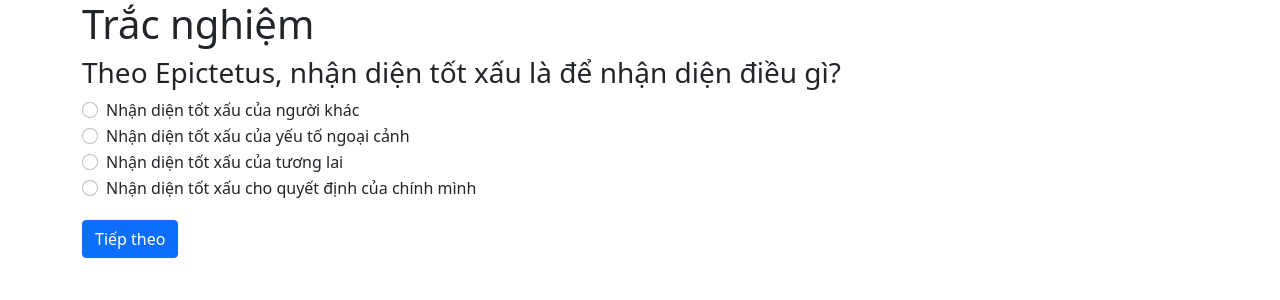
Repository: tran-thien-nhan/quiz_tlln
Page: index.html
An editor plug-in stored every save of this project. The page is shown before and after the next save, followed by the edit.
The browser window is 1280 px wide. The pictures show the whole page.

Above is the page before, as saved 2023-06-25 12:19:10.

### index.html
<!DOCTYPE html>
<html lang="en">

<head>
    <meta charset="UTF-8">
    <meta name="viewport" content="width=device-width, initial-scale=1.0">
    <title>Trắc nghiệm</title>
    <link rel="stylesheet" href="https://cdnjs.cloudflare.com/ajax/libs/bootstrap/5.0.2/css/bootstrap.min.css">
    <style>
        .question {
            margin-bottom: 20px;
        }
    </style>
</head>

<body>
    <div class="container">
        <h1>Trắc nghiệm</h1>

        <div class="question" id="questionContainer">
            <h3 id="question"></h3>
            <div class="form-check">
                <input class="form-check-input" type="radio" name="answer" id="answer1">
                <label class="form-check-label" for="answer1" id="answerText1"></label>
            </div>
            <div class="form-check">
                <input class="form-check-input" type="radio" name="answer" id="answer2">
                <label class="form-check-label" for="answer2" id="answerText2"></label>
            </div>
            <div class="form-check">
                <input class="form-check-input" type="radio" name="answer" id="answer3">
                <label class="form-check-label" for="answer3" id="answerText3"></label>
            </div>
            <div class="form-check">
                <input class="form-check-input" type="radio" name="answer" id="answer4">
                <label class="form-check-label" for="answer4" id="answerText4"></label>
            </div>
            <span id="result"></span>
        </div>

        <button class="btn btn-primary" id="nextButton">Tiếp theo</button>
        <span id="score"></span>
    </div>

    <script src="https://cdnjs.cloudflare.com/ajax/libs/bootstrap/5.0.2/js/bootstrap.bundle.min.js"></script>
    <script>
        // Đọc câu hỏi từ tệp JSON
        fetch("quest_lib.json")
            .then(response => response.json())
            .then(data => {
                const questions = data.questions;

                let currentQuestionIndex = 0;
                let score = 0;

                const questionContainer = document.getElementById("questionContainer");
                const questionElement = document.getElementById("question");
                const answerTextElements = [
                    document.getElementById("answerText1"),
                    document.getElementById("answerText2"),
                    document.getElementById("answerText3"),
                    document.getElementById("answerText4")
                ];
                const resultElement = document.getElementById("result");
                const nextButton = document.getElementById("nextButton");
                const scoreElement = document.getElementById("score");

                // Xáo trộn câu trả lời
                function shuffleAnswers(answers) {
                    for (let i = answers.length - 1; i > 0; i--) {
                        const j = Math.floor(Math.random() * (i + 1));
                        [answers[i], answers[j]] = [answers[j], answers[i]];
                    }
                    return answers;
                }

                // Cập nhật câu hỏi và câu trả lời
                function updateQuestion() {
                    const shuffledQuestions = shuffleQuestions(questions);
                    const question = shuffledQuestions[currentQuestionIndex];
                    const shuffledAnswers = shuffleAnswers(question.choices);

                    questionElement.textContent = question.question;
                    resultElement.textContent = "";

                    for (let i = 0; i < answerTextElements.length; i++) {
                        answerTextElements[i].textContent = shuffledAnswers[i];
                    }
                }

                // Xáo trộn mảng câu hỏi
                function shuffleQuestions(questions) {
                    for (let i = questions.length - 1; i > 0; i--) {
                        const j = Math.floor(Math.random() * (i + 1));
                        [questions[i], questions[j]] = [questions[j], questions[i]];
                    }
                    return questions;
                }


                // Kiểm tra câu trả lời
                function checkAnswer() {
                    const question = questions[currentQuestionIndex];
                    const selectedAnswer = document.querySelector('input[name="answer"]:checked');

                    if (selectedAnswer) {
                        const selectedAnswerText = selectedAnswer.nextElementSibling.textContent;

                        if (selectedAnswerText === question.correctAnswer) {
                            score += 1;
                            resultElement.textContent = "Đúng";
                            resultElement.style.color = "green";
                        } else {
                            resultElement.textContent = "Sai";
                            resultElement.style.color = "red";
                        }

                        setTimeout(() => {
                            currentQuestionIndex++;

                            if (currentQuestionIndex < questions.length) {
                                updateQuestion();
                                selectedAnswer.checked = false;
                                nextButton.disabled = true;
                                setTimeout(() => {
                                    nextButton.disabled = false;
                                }, 200);
                            } else {
                                questionContainer.style.display = "none";
                                nextButton.style.display = "none";
                                const finalScore = (score / questions.length) * 10;
                                scoreElement.textContent = `Tổng điểm: ${finalScore.toFixed(1)}`;
                                scoreElement.style.display = "block";
                            }
                        }, 200);
                    }
                }

                // Xử lý sự kiện khi nhấn nút "Tiếp theo"
                nextButton.addEventListener("click", () => {
                    checkAnswer();
                });

                // Bắt đầu trắc nghiệm
                updateQuestion();
            })
            .catch(error => {
                console.error("Error:", error);
            });
    </script>
</body>

</html>

### quest_lib.json
{
    "questions": [
      {
        "question": "Công việc quan trọng hàng đầu trong đời là gì?",
        "choices": [
          "Nhận diện và phân biệt được những vấn đề",
          "Kiểm soát yếu tố ngoại cảnh",
          "Quyết định cho chính mình",
          "Thay đổi tương lai"
        ],
        "correctAnswer": "Nhận diện và phân biệt được những vấn đề"
      },
      {
        "question": "Theo Epictetus, nhận diện tốt xấu là để nhận diện điều gì?",
        "choices": [
          "Nhận diện tốt xấu của người khác",
          "Nhận diện tốt xấu của yếu tố ngoại cảnh",
          "Nhận diện tốt xấu cho quyết định của chính mình",
          "Nhận diện tốt xấu của tương lai"
        ],
        "correctAnswer": "Nhận diện tốt xấu cho quyết định của chính mình"
      },
      {
        "question": "Công việc quan trọng nhất trong việc thực hành Chủ nghĩa Khắc kỷ là gì?",
        "choices": [
          "Phân biệt những thứ không thể thay đổi",
          "Phân biệt những thứ có thể thay đổi",
          "Kiểm soát những thứ nằm trong tầm kiểm soát",
          "Thay đổi tương lai"
        ],
        "correctAnswer": "Phân biệt những thứ không thể thay đổi"
      },
      {
        "question": "Điều gì là không thể thay đổi và không thể kiểm soát theo lời của tác giả?",
        "choices": [
          "Thời tiết, chiều cao",
          "Quốc gia sinh ra, sự thích hợp của người khác",
          "Điều kiện gia đình, tuổi tác",
          "Sở thích cá nhân, môi trường sống"
        ],
        "correctAnswer": "Quốc gia sinh ra, sự thích hợp của người khác"
      },
      {
        "question": "Lời nguyện An tĩnh được nhắm đến việc gì?",
        "choices": [
          "Nhận diện được những điều không thể thay đổi",
          "Nhận diện được những điều có thể thay đổi",
          "Nhận diện được hai điều trên",
          "Nhận diện được tương lai"
        ],
        "correctAnswer": "Nhận diện được hai điều trên"
      },
      {
        "question": "Người nghiện ngập ở hiện tại có thể thay đổi được điều gì?",
        "choices": [
          "Quá khứ, lựa chọn của mình",
          "Hiện tại, tương lai",
          "Tương lai, sức mạnh hiện tại",
          "Quá khứ, hiện tại"
        ],
        "correctAnswer": "Tương lai, sức mạnh hiện tại"
      },
      {
        "question": "Điều gì sẽ xảy ra nếu chúng ta tập trung vào việc xác định những thứ nằm trong và ngoài tầm kiểm soát của bản thân?",
        "choices": [
          "Chúng ta sẽ trở nên hạnh phúc hơn",
          "Chúng ta sẽ có lợi thế hơn so với những người khác",
          "Chúng ta sẽ đấu tranh trong vô vọng",
          "Chúng ta sẽ tìm ra sự thay đổi"
        ],
        "correctAnswer": "Chúng ta sẽ có lợi thế hơn so với những người đấu tranh trong vô vọng"
      }
    ]
  }

After the next save:
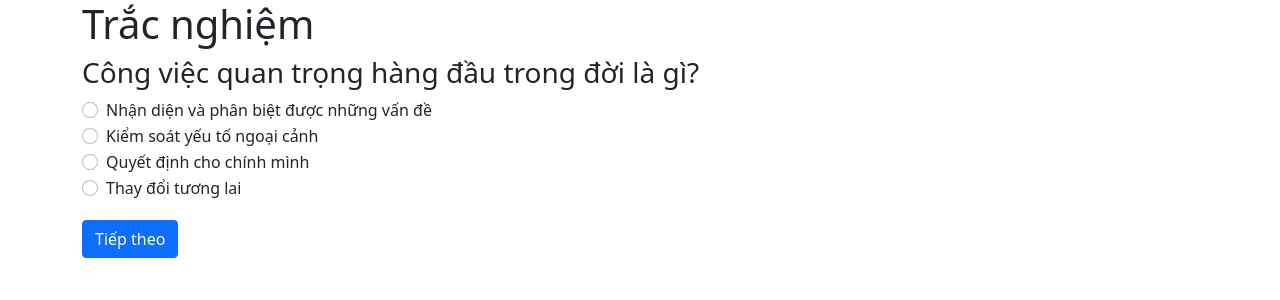
Saved 107 s later.
--- a/index.html
+++ b/index.html
@@ -65,38 +65,16 @@
                 const nextButton = document.getElementById("nextButton");
                 const scoreElement = document.getElementById("score");
 
-                // Xáo trộn câu trả lời
-                function shuffleAnswers(answers) {
-                    for (let i = answers.length - 1; i > 0; i--) {
-                        const j = Math.floor(Math.random() * (i + 1));
-                        [answers[i], answers[j]] = [answers[j], answers[i]];
-                    }
-                    return answers;
-                }
-
                 // Cập nhật câu hỏi và câu trả lời
                 function updateQuestion() {
-                    const shuffledQuestions = shuffleQuestions(questions);
-                    const question = shuffledQuestions[currentQuestionIndex];
-                    const shuffledAnswers = shuffleAnswers(question.choices);
-
+                    const question = questions[currentQuestionIndex];
                     questionElement.textContent = question.question;
                     resultElement.textContent = "";
 
                     for (let i = 0; i < answerTextElements.length; i++) {
-                        answerTextElements[i].textContent = shuffledAnswers[i];
+                        answerTextElements[i].textContent = question.choices[i];
                     }
                 }
-
-                // Xáo trộn mảng câu hỏi
-                function shuffleQuestions(questions) {
-                    for (let i = questions.length - 1; i > 0; i--) {
-                        const j = Math.floor(Math.random() * (i + 1));
-                        [questions[i], questions[j]] = [questions[j], questions[i]];
-                    }
-                    return questions;
-                }
-
 
                 // Kiểm tra câu trả lời
                 function checkAnswer() {
